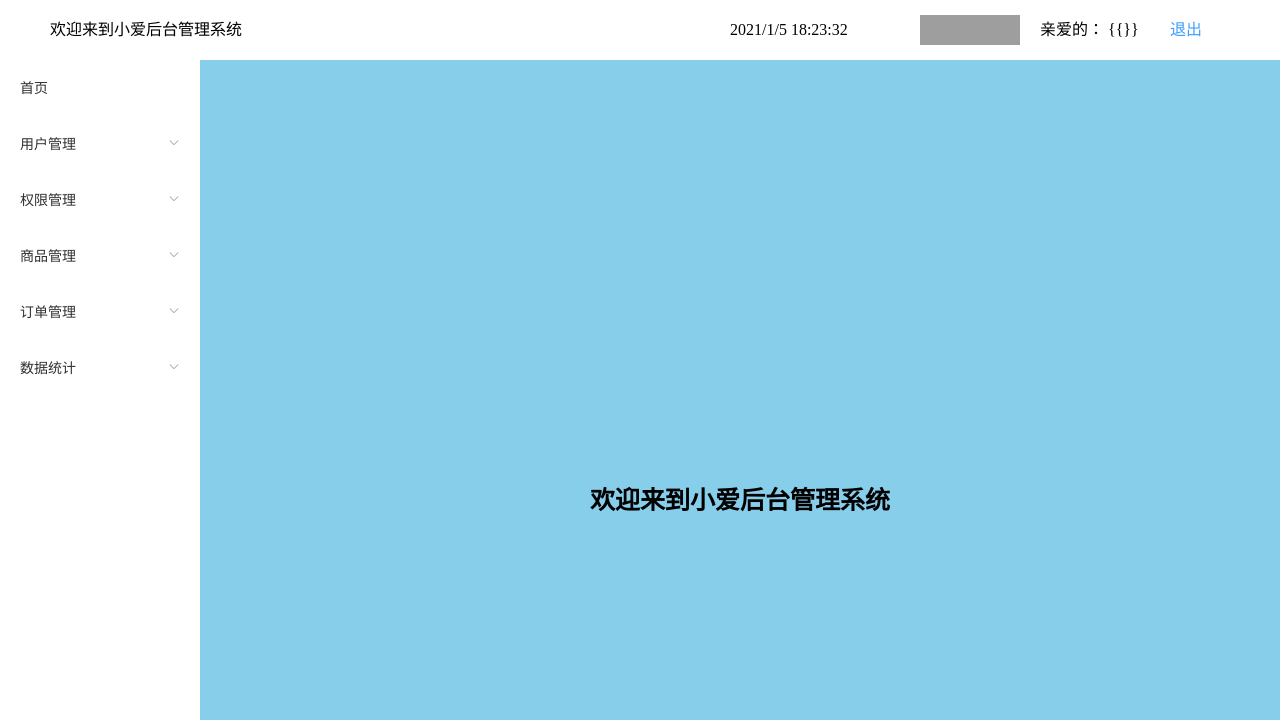
Repository: heyegang/vuex
Page: /
The author's editor kept a copy of each file at every save. The page is drawn from the files as they stood at one save, then again after the next save.
The browser window is 1280 px wide. The pictures show the whole page.
Pictures or frames that could not be fetched are drawn as grey boxes. The project was rebuilt for these pictures with package versions that can differ from the ones it lists, and the page was loaded fresh each time. Also part of the build but not shown: vue.config.js.

Above is the page before, as saved 2021-01-06 15:13:09.

After the next save:
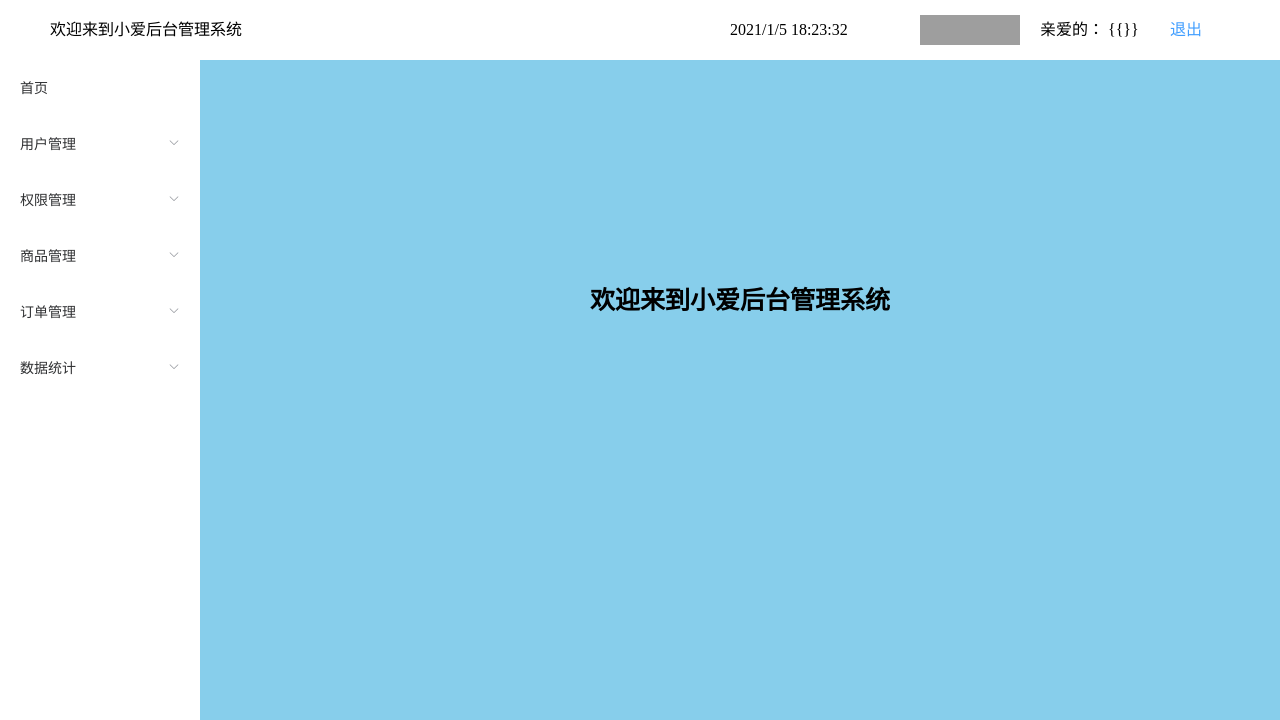
Saved 7 s later.
--- a/src/views/Home.vue
+++ b/src/views/Home.vue
@@ -29,6 +29,6 @@ export default {
   font-weight: bold;
   margin: 0 auto;
   position: relative;
-  top: 400px;
+  top: 200px;
 }
 </style>
